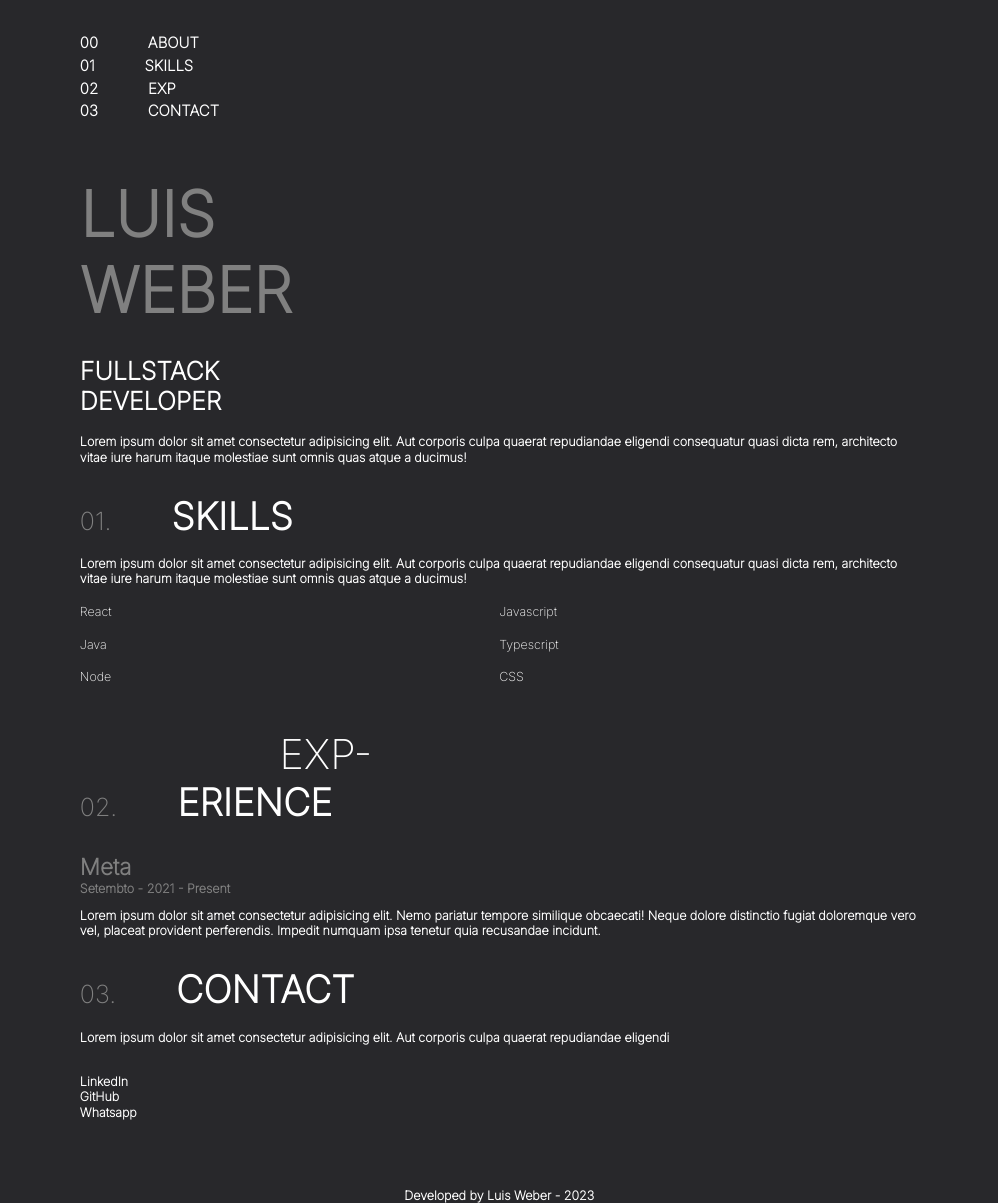
Repository: luiswh1/Portfolio
Page: /
These files come from the project's save history. The page is drawn as it stood at one moment and after the next save; the edit follows.
The browser window is 1280 px wide. The pictures show the whole page, at 78% of full size.
The project was rebuilt for these pictures with package versions that can differ from the ones it lists, and the page was loaded fresh each time.

Above is the page before, as saved 2023-05-31 19:27:52.

After the next save:
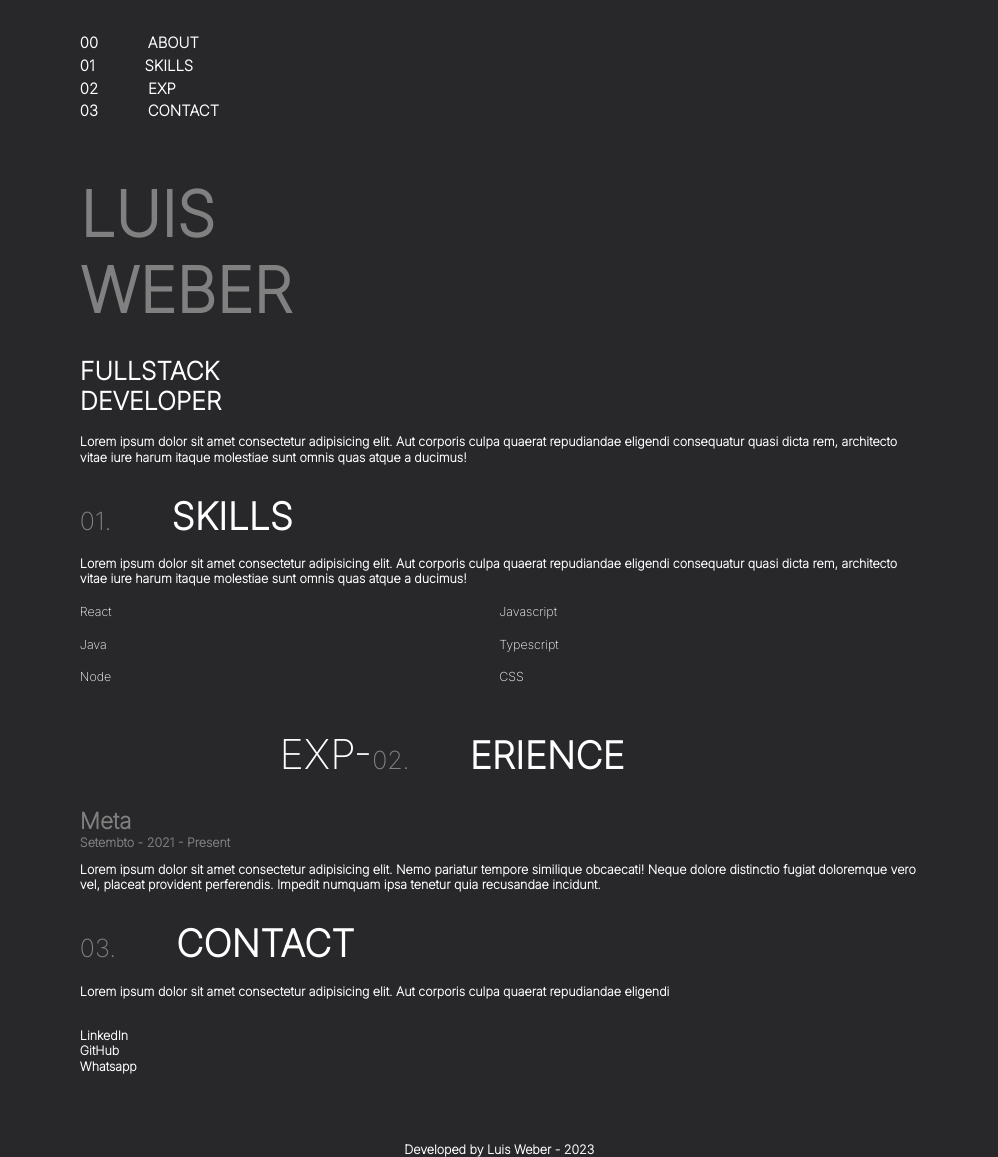
Saved 62 s later.
--- a/src/Pages/Home.tsx
+++ b/src/Pages/Home.tsx
@@ -70,14 +70,9 @@
 
           <LabelTitle>
             {/* TODO Ajustar o EXP em diferente resoluções de celular, pois está ficando desalinhado com o ERIENCE */}
-            <div>
             <StyledSpanExp>EXP-</StyledSpanExp>
-            </div>
-            <div>
             <NumberIndex>02.</NumberIndex>
             <IndexTitle>ERIENCE</IndexTitle>
-            </div>
-
           </LabelTitle>
 
           <Experience>

After the save that followed:
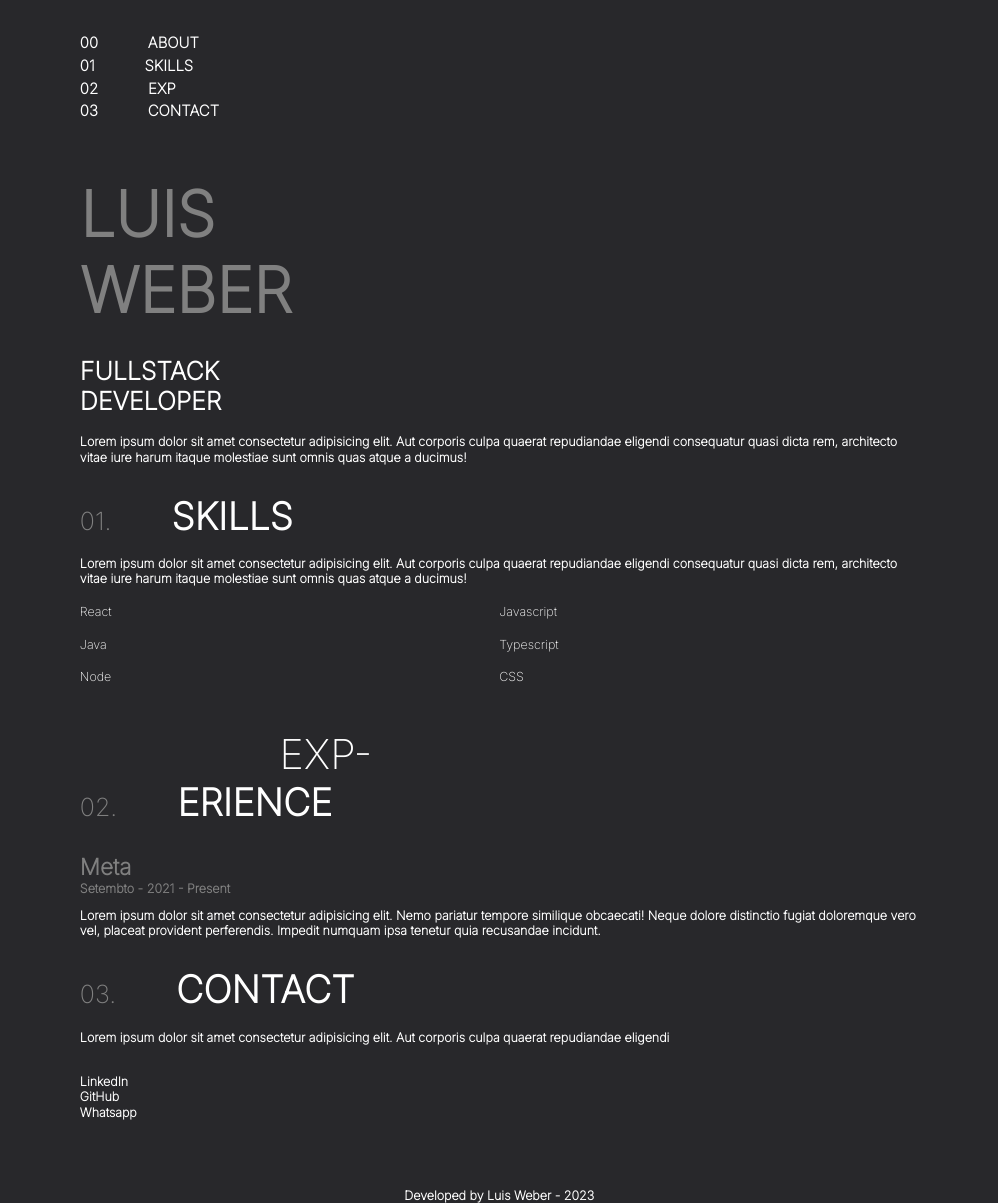
Saved 31 s later.
--- a/src/Pages/Home.tsx
+++ b/src/Pages/Home.tsx
@@ -71,8 +71,11 @@
           <LabelTitle>
             {/* TODO Ajustar o EXP em diferente resoluções de celular, pois está ficando desalinhado com o ERIENCE */}
             <StyledSpanExp>EXP-</StyledSpanExp>
-            <NumberIndex>02.</NumberIndex>
+            <div>
+                <NumberIndex>02.</NumberIndex>
             <IndexTitle>ERIENCE</IndexTitle>
+            </div>
+
           </LabelTitle>
 
           <Experience>
